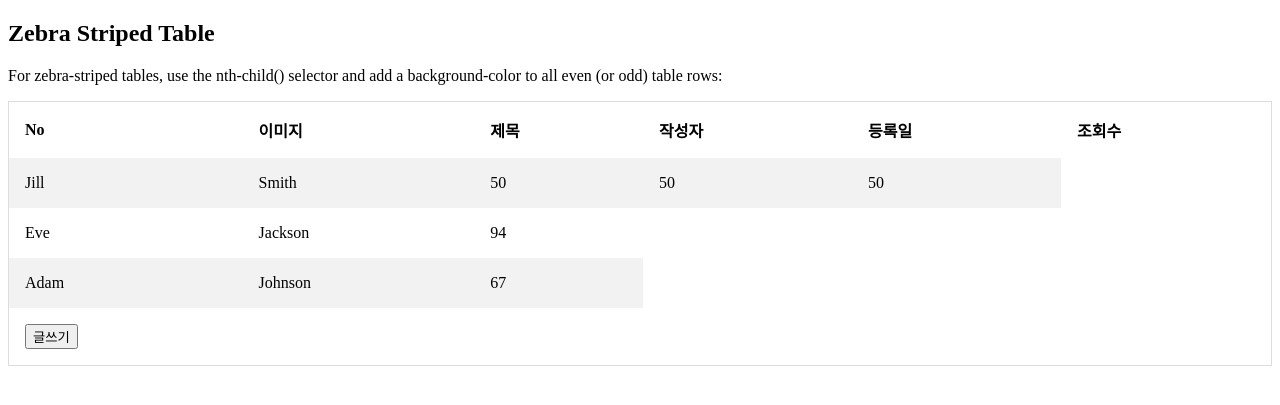
Repository: darae729/Project_shop
Page: http://localhost/SpringApp/gallery/list
The author's editor kept a copy of each file at every save. The page is drawn from the files as they stood at one save, then again after the next save.
The browser window is 1280 px wide. The pictures show the whole page.
The page is served by Tomcat 9. Other server files are loaded and not shown.

Above is the page before, as saved 2023-09-06 04:00:44.

### SpringApp/src/main/webapp/WEB-INF/views/gallery/list.jsp
<%@ page contentType="text/html; charset=UTF-8"%>
<!DOCTYPE html>
<html>
<head>
<meta name="viewport" content="width=device-width, initial-scale=1">
<style>
table {
	border-collapse: collapse;
	border-spacing: 0;
	width: 100%;
	border: 1px solid #ddd;
}

th, td {
	text-align: left;
	padding: 16px;
}

tr:nth-child(even) {
	background-color: #f2f2f2;
}
</style>
</head>
<body>

	<h2>Zebra Striped Table</h2>
	<p>For zebra-striped tables, use the nth-child() selector and add a
		background-color to all even (or odd) table rows:</p>

	<table>
		<tr>
			<th>No</th>
			<th>이미지</th>
			<th>제목</th>
			<th>작성자</th>
			<th>등록일</th>
			<th>조회수</th>
		</tr>
		<tr>
			<td>Jill</td>
			<td>Smith</td>
			<td>50</td>
			<td>50</td>
			<td>50</td>
		</tr>
		<tr>
			<td>Eve</td>
			<td>Jackson</td>
			<td>94</td>
		</tr>
		<tr>
			<td>Adam</td>
			<td>Johnson</td>
			<td>67</td>
		</tr>
		<tr>
		<td>
		<button>글쓰기</button>
		</td>
		</tr>
	</table>

</body>
</html>

After the next save:
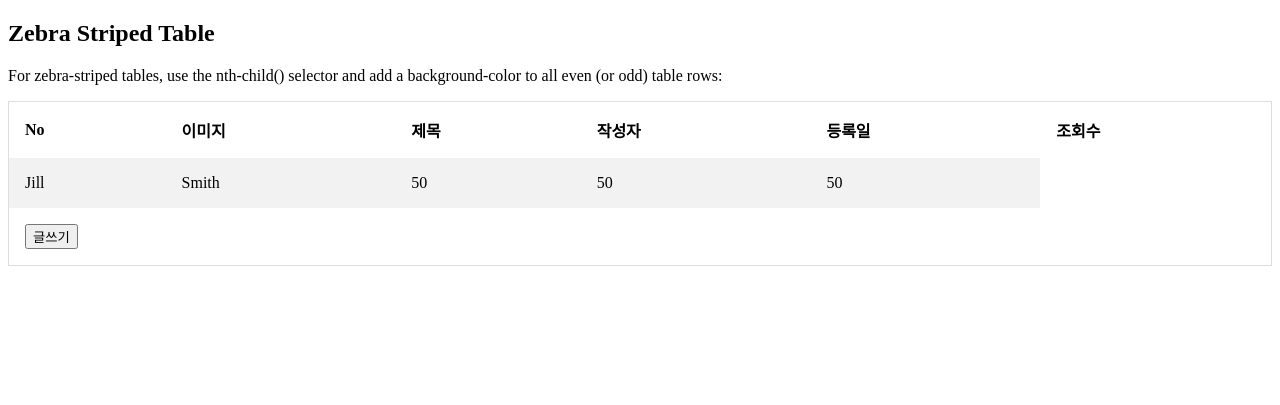
Saved 27 s later.
--- a/SpringApp/src/main/webapp/WEB-INF/views/gallery/list.jsp
+++ b/SpringApp/src/main/webapp/WEB-INF/views/gallery/list.jsp
@@ -44,17 +44,7 @@ tr:nth-child(even) {
 			<td>50</td>
 		</tr>
 		<tr>
-			<td>Eve</td>
-			<td>Jackson</td>
-			<td>94</td>
-		</tr>
-		<tr>
-			<td>Adam</td>
-			<td>Johnson</td>
-			<td>67</td>
-		</tr>
-		<tr>
-		<td>
+		<td colspan="6">
 		<button>글쓰기</button>
 		</td>
 		</tr>
